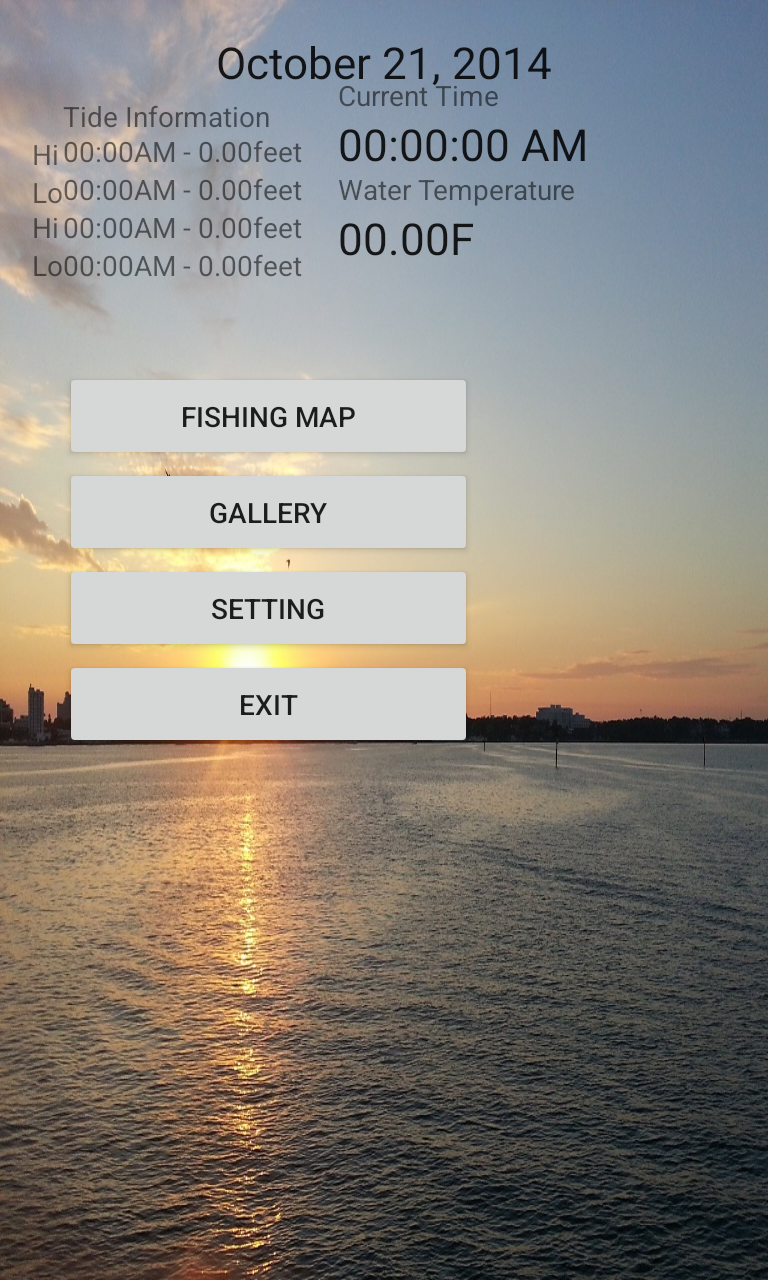
Repository: zerox2012/Fall2014Android
Layout: FishingBuddy/res/layout/activity_main_menu.xml
These files come from the project's save history. The layout is drawn as it stood at one moment and after the next save; the edit follows.
It is drawn on a 768 x 1280 px phone screen (xhdpi) without system bars, with theme AppTheme; the app's code is not run.

Above is the layout before, as saved 2014-10-20 22:14:47.

### FishingBuddy/res/layout/activity_main_menu.xml
<RelativeLayout xmlns:android="http://schemas.android.com/apk/res/android"
    xmlns:tools="http://schemas.android.com/tools"
    android:layout_width="match_parent"
    android:layout_height="match_parent"
    android:background="@drawable/menu"
    android:paddingBottom="@dimen/activity_vertical_margin"
    android:paddingLeft="@dimen/activity_horizontal_margin"
    android:paddingRight="@dimen/activity_horizontal_margin"
    android:paddingTop="@dimen/activity_vertical_margin"
    tools:context="usf.fall2014.android.fishingbuddy.MainMenu" >

    <TextView
        android:id="@+id/label_current_time"
        android:layout_width="wrap_content"
        android:layout_height="wrap_content"
        android:layout_alignParentTop="true"
        android:layout_marginLeft="34dp"
        android:layout_marginTop="22dp"
        android:layout_toRightOf="@+id/label_tide_information"
        android:text="@string/label_current_time" />

    <TextView
        android:id="@+id/label_temp"
        android:layout_width="wrap_content"
        android:layout_height="wrap_content"
        android:layout_alignLeft="@+id/label_current_time"
        android:layout_below="@+id/label_current_time"
        android:layout_marginTop="28dp"
        android:text="@string/label_water_temp" />

    <TextView
        android:id="@+id/value_current_time"
        android:layout_width="wrap_content"
        android:layout_height="wrap_content"
        android:layout_alignLeft="@+id/label_temp"
        android:layout_below="@+id/label_current_time"
        android:text="@string/value_current_time"
        android:textAppearance="?android:attr/textAppearanceLarge" />

    <TextView
        android:id="@+id/value_water_temp"
        android:layout_width="wrap_content"
        android:layout_height="wrap_content"
        android:layout_alignLeft="@+id/label_temp"
        android:layout_below="@+id/label_temp"
        android:text="@string/value_current_temp"
        android:textAppearance="?android:attr/textAppearanceLarge" />

    <TextView
        android:id="@+id/textView1"
        android:layout_width="wrap_content"
        android:layout_height="wrap_content"
        android:layout_alignBottom="@+id/value_current_time"
        android:layout_alignParentLeft="true"
        android:text="@string/label_hi" />

    <TextView
        android:id="@+id/textView2"
        android:layout_width="wrap_content"
        android:layout_height="wrap_content"
        android:layout_alignLeft="@+id/textView1"
        android:layout_below="@+id/textView1"
        android:text="@string/label_lo" />

    <TextView
        android:id="@+id/textView3"
        android:layout_width="wrap_content"
        android:layout_height="wrap_content"
        android:layout_alignLeft="@+id/textView2"
        android:layout_alignTop="@+id/value_water_temp"
        android:text="@string/label_hi" />

    <TextView
        android:id="@+id/textView4"
        android:layout_width="wrap_content"
        android:layout_height="wrap_content"
        android:layout_alignLeft="@+id/textView3"
        android:layout_below="@+id/textView3"
        android:text="@string/label_lo" />

    <TextView
        android:id="@+id/textView6"
        android:layout_width="wrap_content"
        android:layout_height="wrap_content"
        android:layout_above="@+id/textView3"
        android:layout_alignLeft="@+id/textView5"
        android:text="@string/tide_value1_hi" />

    <TextView
        android:id="@+id/textView7"
        android:layout_width="wrap_content"
        android:layout_height="wrap_content"
        android:layout_alignBaseline="@+id/textView3"
        android:layout_alignBottom="@+id/textView3"
        android:layout_alignLeft="@+id/textView6"
        android:text="@string/tide_value1_hi" />

    <TextView
        android:id="@+id/textView8"
        android:layout_width="wrap_content"
        android:layout_height="wrap_content"
        android:layout_alignBaseline="@+id/textView4"
        android:layout_alignBottom="@+id/textView4"
        android:layout_alignLeft="@+id/textView7"
        android:text="@string/tide_value1_hi" />

    <TextView
        android:id="@+id/textView5"
        android:layout_width="wrap_content"
        android:layout_height="wrap_content"
        android:layout_above="@+id/textView6"
        android:layout_alignLeft="@+id/label_tide_information"
        android:text="@string/tide_value1_hi" />

    <TextView
        android:id="@+id/today_date"
        android:layout_width="wrap_content"
        android:layout_height="wrap_content"
        android:layout_alignParentTop="true"
        android:layout_centerHorizontal="true"
        android:text="@string/value_current_date"
        android:textAppearance="?android:attr/textAppearanceLarge" />

    <Button
        android:id="@+id/button_map"
        android:layout_width="wrap_content"
        android:layout_height="wrap_content"
        android:layout_alignLeft="@+id/textView8"
        android:layout_alignRight="@+id/value_water_temp"
        android:layout_below="@+id/textView8"
        android:layout_marginTop="42dp"
        android:text="@string/button_map" />

    <Button
        android:id="@+id/button_gallery"
        android:layout_width="wrap_content"
        android:layout_height="wrap_content"
        android:layout_alignLeft="@+id/button_map"
        android:layout_alignRight="@+id/button_map"
        android:layout_below="@+id/button_map"
        android:text="@string/button_gallery" />

    <Button
        android:id="@+id/button_setting"
        android:layout_width="wrap_content"
        android:layout_height="wrap_content"
        android:layout_alignLeft="@+id/button_map"
        android:layout_alignRight="@+id/button_map"
        android:layout_below="@+id/button_gallery"
        android:text="@string/button_setting" />

    <Button
        android:id="@+id/button_exitapp"
        android:layout_width="wrap_content"
        android:layout_height="wrap_content"
        android:layout_alignLeft="@+id/button_map"
        android:layout_alignRight="@+id/button_map"
        android:layout_below="@+id/button_setting"
        android:text="@string/button_exitapp" />

    <TextView
        android:id="@+id/label_tide_information"
        android:layout_width="wrap_content"
        android:layout_height="wrap_content"
        android:layout_above="@+id/textView1"
        android:layout_toRightOf="@+id/textView2"
        android:text="@string/label_tide_information" />

</RelativeLayout>

### FishingBuddy/res/values/strings.xml
<?xml version="1.0" encoding="utf-8"?>
<resources>

    <string name="app_name">FishingBuddy</string>
    <string name="hello_world">Hello world!</string>
    <string name="action_settings">Settings</string>
    <string name="title_activity_main_menu">MainMenu</string>
    <string name="title_activity_gallery">Gallery</string>
    <string name="title_activity_message">Message</string>
    <string name="title_activity_new_user">NewUser</string>
    <string name="title_activity_forgot_password">ForgotPassword</string>
    <string name="title_activity_map">Map</string>
    <string name="user_name">Username</string>
    <string name="password">Password</string>
    <string name="button_login">Login</string>
    <string name="new_user">New User</string>
    <string name="forgot_password">Forgot Password</string>
    <string name="remember_me">remember me</string>
    <string name="label_email">Email</string>
    <string name="label_confirm_email">Confirm</string>
    <string name="create_account">Create Account</string>
    <string name="cancel">Cancel</string>
    <string name="label_water_temp">Water Temperature</string>
    <string name="label_current_time">Current Time</string>
    <string name="label_tide_information">Tide Information</string>
    <string name="label_tide_chart">Hi                 Lo                  Hi                    Lo         </string>
    <string name="button_map">Fishing Map</string>
    <string name="button_gallery">Gallery</string>
    <string name="button_setting">Setting</string>
    <string name="button_exitapp">Exit</string>
    <string name="label_hi">Hi</string>
    <string name="label_lo">Lo</string>
    <string name="tide_value1_hi">00:00AM - 0.00feet</string>
    <string name="tide_value2_hi">00:00AM - 0.00feet</string>
    <string name="tide_value1_lo">00:00AM - 0.00feet</string>
    <string name="tide_value2_lo">00:00AM - 0.00feet</string>
    <string name="value_current_time">00:00:00 AM</string>
    <string name="value_current_temp">00.00F</string>
    <string name="value_current_date">October 21, 2014</string>

</resources>

Loaded but not shown: FishingBuddy/res/values/styles.xml (common file); FishingBuddy/res/values-v11/styles.xml (common file); FishingBuddy/res/values-v14/styles.xml (common file); FishingBuddy/res/values/dimens.xml (common file); FishingBuddy/res/values-w820dp/dimens.xml (common file)

After the next save:
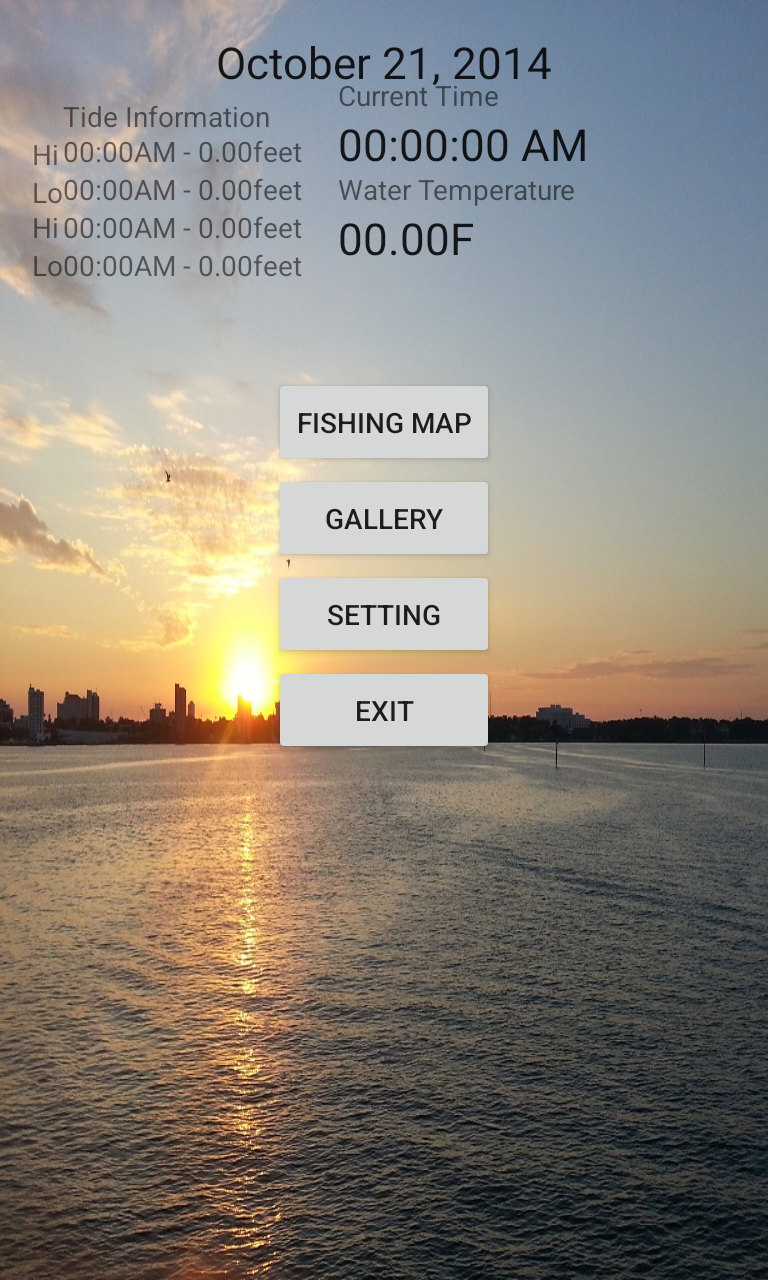
Saved 86 s later.
--- a/FishingBuddy/res/layout/activity_main_menu.xml
+++ b/FishingBuddy/res/layout/activity_main_menu.xml
@@ -122,16 +122,6 @@
         android:textAppearance="?android:attr/textAppearanceLarge" />
 
     <Button
-        android:id="@+id/button_map"
-        android:layout_width="wrap_content"
-        android:layout_height="wrap_content"
-        android:layout_alignLeft="@+id/textView8"
-        android:layout_alignRight="@+id/value_water_temp"
-        android:layout_below="@+id/textView8"
-        android:layout_marginTop="42dp"
-        android:text="@string/button_map" />
-
-    <Button
         android:id="@+id/button_gallery"
         android:layout_width="wrap_content"
         android:layout_height="wrap_content"
@@ -166,4 +156,13 @@
         android:layout_toRightOf="@+id/textView2"
         android:text="@string/label_tide_information" />
 
+    <Button
+        android:id="@+id/button_map"
+        android:layout_width="wrap_content"
+        android:layout_height="wrap_content"
+        android:layout_below="@+id/textView8"
+        android:layout_centerHorizontal="true"
+        android:layout_marginTop="45dp"
+        android:text="@string/button_map" />
+
 </RelativeLayout>
